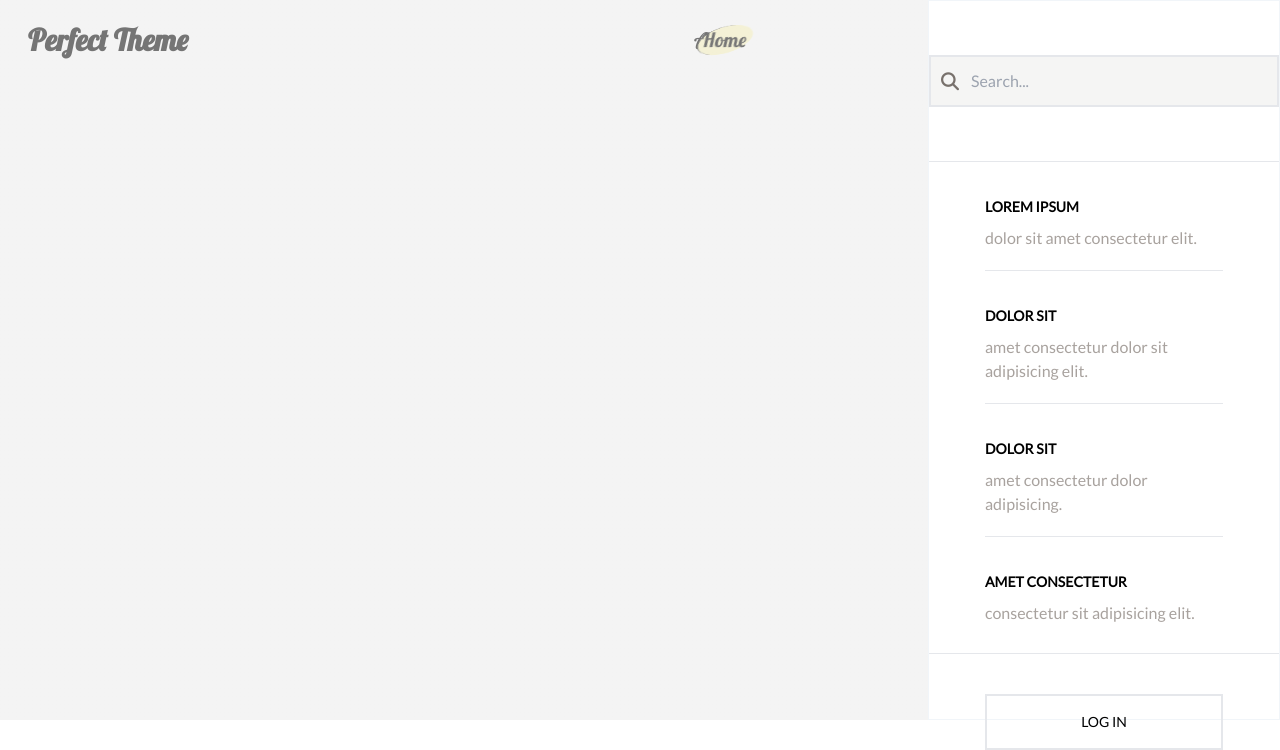
Repository: hsumyatm7308/laravel-blog
Page: blogweb/resources/views/blog/headerlayout.html
The author's editor kept a copy of each file at every save. The page is drawn from the files as they stood at one save, then again after the next save.
The browser window is 1280 px wide. The pictures show the whole page.
Some web libraries are served in a nearby version.

Above is the page before, as saved 2023-09-05 17:43:11.

After the next save:
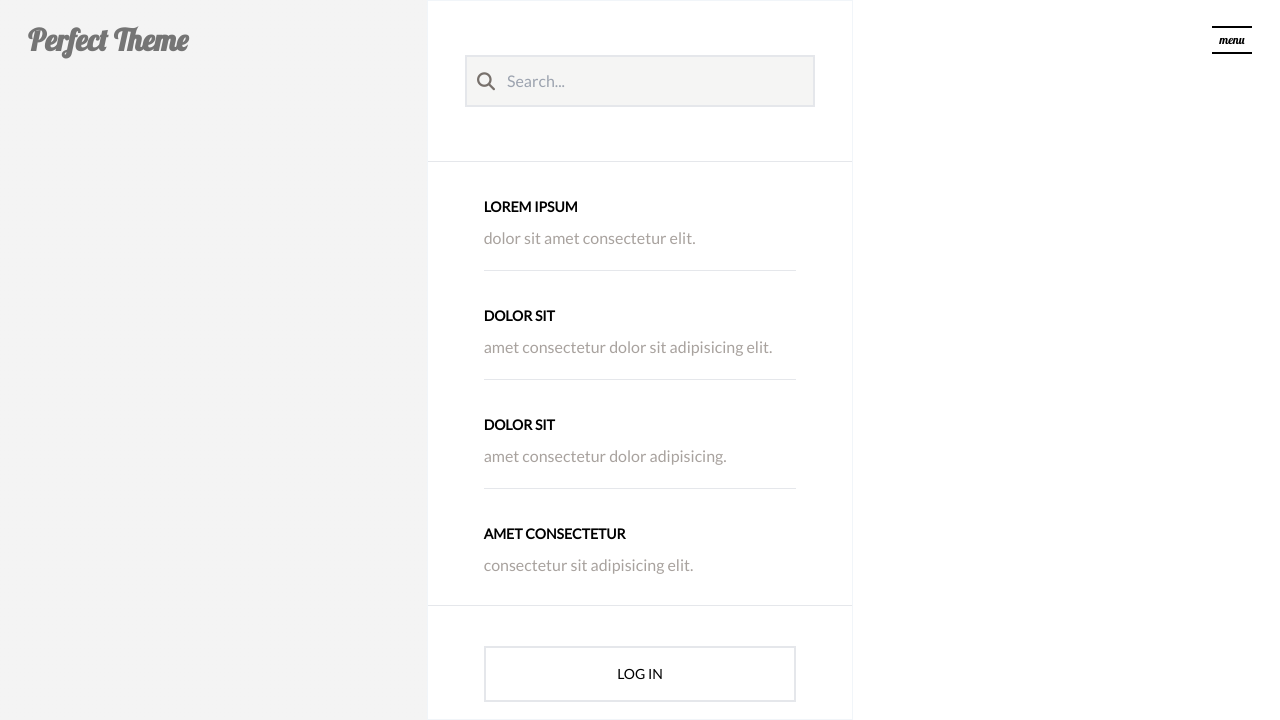
Saved 23 s later.
--- a/blogweb/resources/views/blog/headerlayout.html
+++ b/blogweb/resources/views/blog/headerlayout.html
@@ -128,7 +128,7 @@
 
 
     <div
-        class="menu-modal w-screen  h-screen absolute left-0 top-0 flex justify-center items-center">
+        class="menu-modal w-screen  h-screen absolute left-0 top-0 grid grid-cols-3">
         <div class="w-full h-[100vh] bg-[linear-gradient(rgba(233,233,233,.5),rgba(233,233,233,.5))] p-10">
 
         </div>
